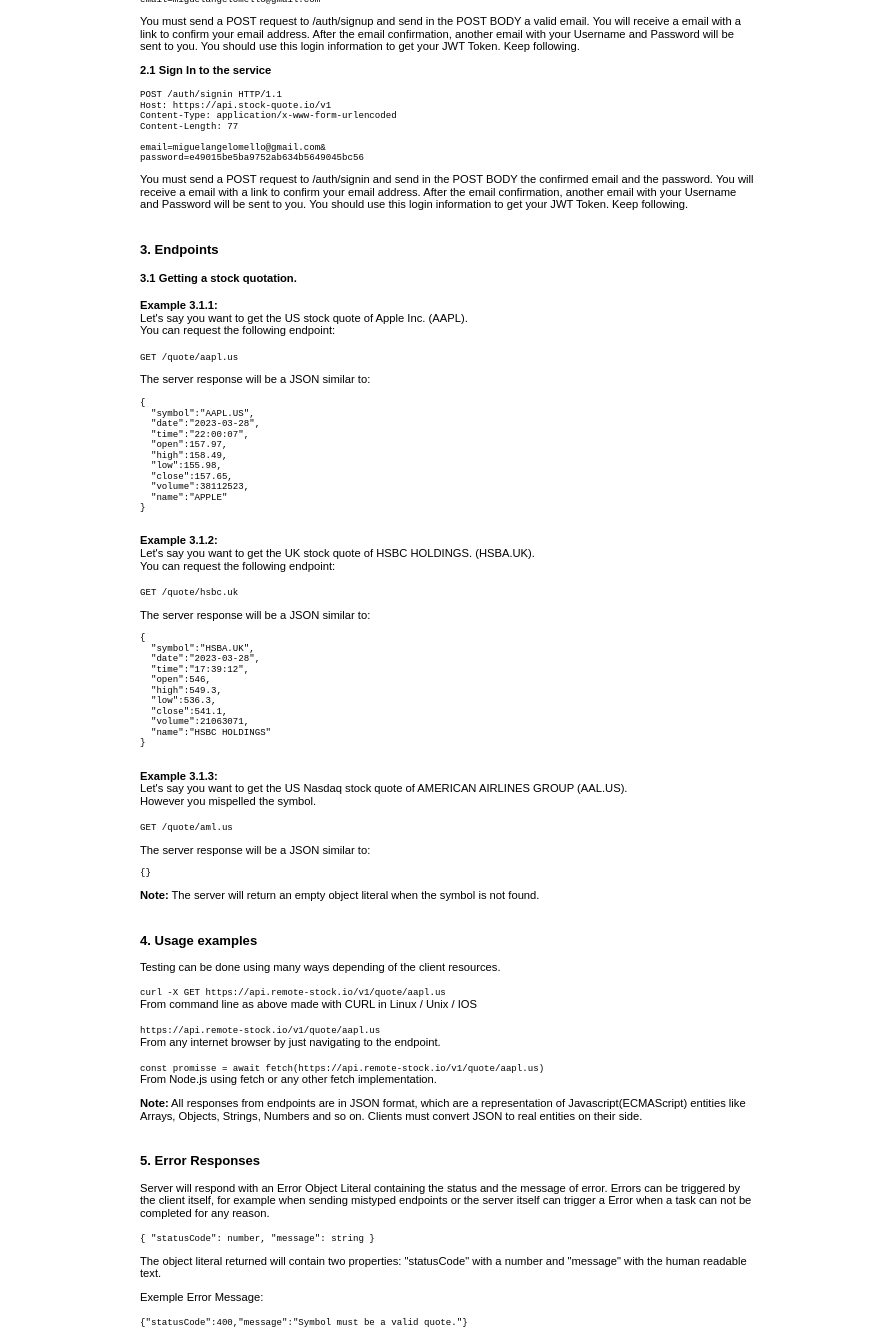
Repository: miguelamello/nest-js
Page: stock-service/documentation.html
The author's editor kept a copy of each file at every save. The page is drawn from the files as they stood at one save, then again after a run of saves.
The browser window is 1280 px wide. The pictures show the part of the page from y = 561 to 2481 px (the page is 2677 px tall before and 2695 px after), at 70% of full size.

Above is the page before, as saved 2023-04-01 16:04:25.

After the next 2 saves:
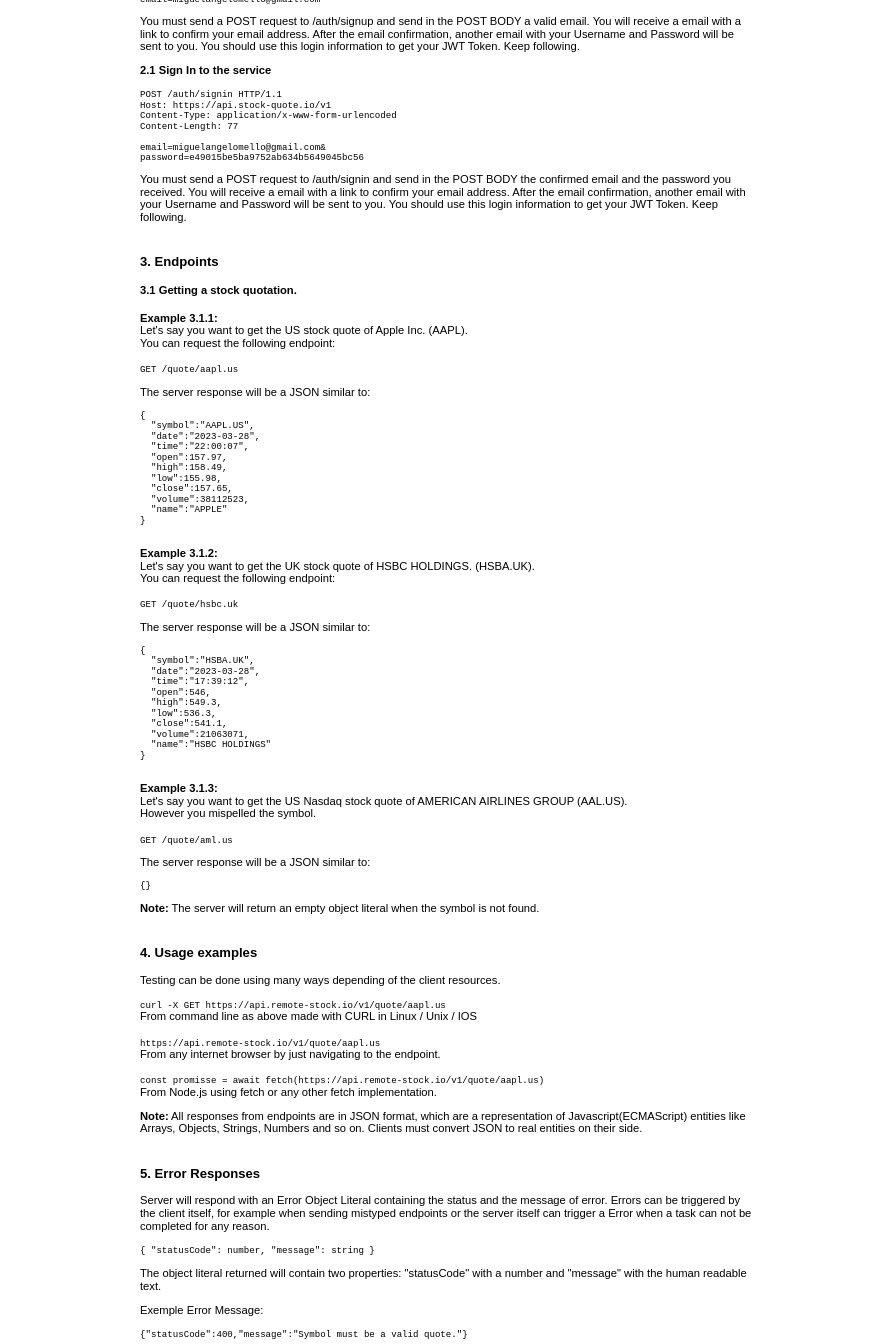
The 2 saves are shown as one change because they came seconds apart.
The last was saved 7 s later.
--- a/stock-service/documentation.html
+++ b/stock-service/documentation.html
@@ -69,7 +69,7 @@ password=e49015be5ba9752ab634b5649045bc56
     </pre>
 
     <div>You must send a POST request to /auth/signin and send in the POST BODY the confirmed email and
-      the password.
+      the password you received.
       You will receive a email with a link to confirm your email address. After the email confirmation,
       another email with your Username and Password will be sent to you. You should use this login
       information to get your JWT Token. Keep following.</div>
